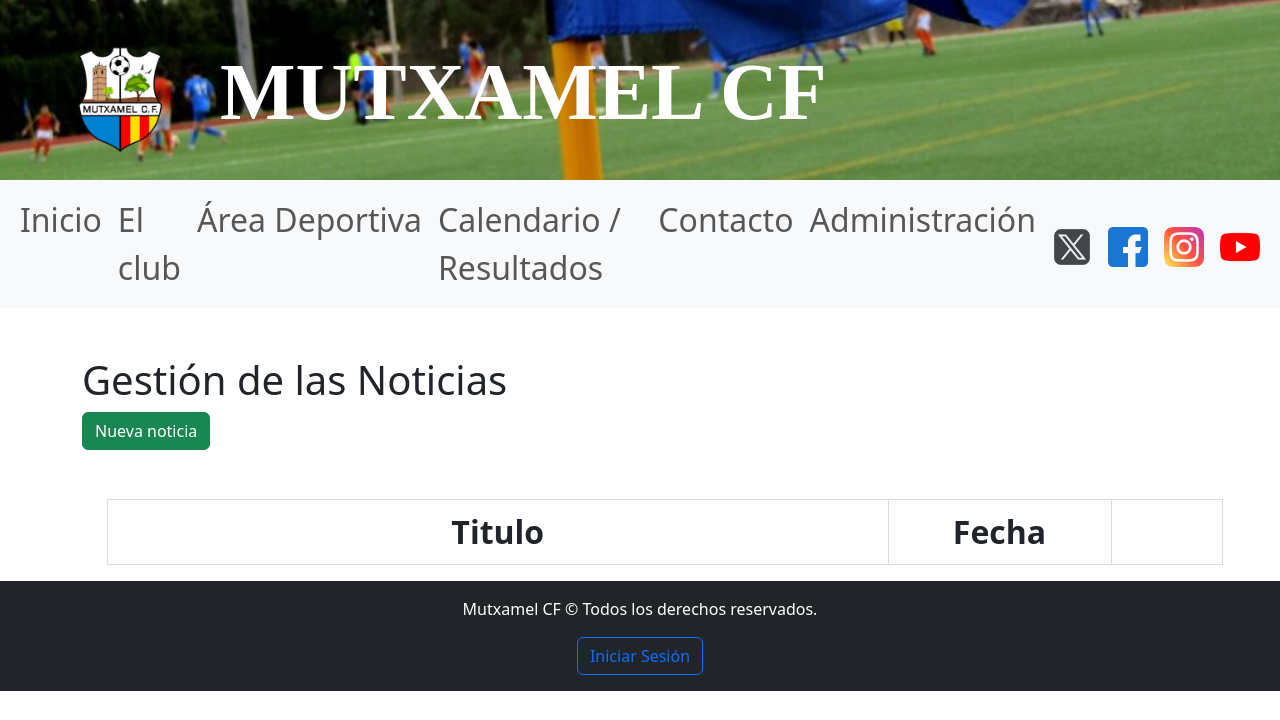
Repository: mikeluca/webMutxamelCF
Page: http://localhost/admin/noticias
The author's editor kept a copy of each file at every save. The page is drawn from the files as they stood at one save, then again after the next save.
The browser window is 1280 px wide. The pictures show the whole page.
Some web fonts or font styles are not loaded; a fallback is used. Some web libraries are served in a nearby version. The page is this project's Thymeleaf template; nobody is signed in. The template is opened directly, without the code that normally fills it, so the values that code supplies are empty.

Above is the page before, as saved 2024-10-29 15:09:17.

### mvc/src/main/resources/templates/admin/noticias.html
<!DOCTYPE html>
<html xmlns:th="http://www.thymeleaf.org">

<head>
	<title>Mutxamel Club de Fútbol</title>
	<link href="https://cdn.jsdelivr.net/npm/bootstrap@5.3.0/dist/css/bootstrap.min.css" rel="stylesheet">
	<link th:href="@{/css/estilos.css}" rel="stylesheet">
	<link rel="icon" href="/images/favicon.ico" type="image/x-icon">
	<link href="https://fonts.googleapis.com/css2?family=Fredericka+the+Great&display=swap" rel="stylesheet">
	<link rel="stylesheet" href="https://cdn.jsdelivr.net/npm/bootstrap-icons@1.4.1/font/bootstrap-icons.css">
</head>

<body>

	<!-- Incluir el header -->
	<div th:replace="~{cabecera.html}"></div>

	<div class="container mt-5 lead">
		<h1>Gestión de las Noticias</h1>

		<!-- Botón para nueva noticia -->
		<button class="btn btn-success mb-4" data-toggle="modal" data-target="#noticiaModal"
			onclick="limpiarFormulario()">Nueva noticia</button>

		<!-- Tabla de noticias -->
		<table class="table table-striped w-100">
			<thead>
				<tr>
					<th style="width: 70%;">Titulo</th> <!-- Ajusta el ancho de la columna -->
					<th style="width: 20%;">Fecha</th> <!-- Ajuste mínimo para la columna de categoría -->
					<th style="width: 10%;"></th> <!-- Ajuste mínimo para la columna de botones -->
				</tr>
			</thead>
			<tbody>
				<tr th:each="noticia : ${listaNoticias}">
					<td th:text="${noticia.titulo}"></td>
					<td th:text="${noticia.fecha}"></td>
					<td>
						<!-- Botón para borrar noticia -->
						<form th:action="@{'/admin/noticias/borrar/' + ${noticia.id}}" method="post"
							style="display:inline;">
							<button type="submit" class="btn btn-danger btn-sm"
								onclick="return confirm('¿Estás seguro de que deseas borrar esta noticia?');">
								<i class="bi bi-trash"></i> <!-- Ícono de eliminar -->
							</button>
						</form>
					</td>
				</tr>
			</tbody>
		</table>
	</div>

	<!-- Modal para crear/editar noticia -->
	<div class="modal fade lead" id="noticiaModal" tabindex="-1" role="dialog" aria-labelledby="noticiaModalLabel"
		aria-hidden="true">
		<div class="modal-dialog modal-lg" role="document">
			<div class="modal-content">
				<div class="modal-header">
					<h3 class="modal-title lead" id="noticiaModalLabel">Nueva Noticia</h3>
					<button type="button" class="close" data-dismiss="modal" aria-label="Close">
						<span aria-hidden="true">&times;</span>
					</button>
				</div>
				<form id="noticiaForm" enctype="multipart/form-data">
					<div class="modal-body">
						<!-- Campo para el título -->
						<div class="form-group">
							<label for="titulo">Titulo:</label>
							<input type="text" class="form-control" id="titulo" name="titulo" required>
						</div>
						<!-- Campo para el contenido con un cuadro de texto grande -->
						<div class="form-group">
							<label for="contenido">Contenido:</label>
							<textarea class="form-control" id="contenido" name="contenido" rows="10"
								required></textarea>
						</div>
						<!-- Campo para subir foto-->
						<div class="form-group">
							<label for="imagen">Imagen</label>
							<input type="file" class="form-control-file" id="imagen" name="imagen" accept="image/*">
						</div>
					</div>
					<div class="modal-footer">
						<button type="button" class="btn btn-secondary" data-dismiss="modal">Cerrar</button>
						<button type="submit" class="btn btn-primary" onclick="guardarNoticia()">Guardar
							Cambios</button>
					</div>
				</form>
			</div>
		</div>
	</div>

	<!-- Incluir el footer -->
	<div th:replace="~{footer.html}"></div>

	<script>
		function guardarNoticia() {
			// Obtén los datos del formulario
			const formData = new FormData(document.getElementById('noticiaForm'));

			// Enviar el formulario con AJAX
			fetch('/admin/noticias/guardar', {
				method: 'POST',
				body: formData
			}).catch(error => console.error('Error:', error));
		}

		function limpiarFormulario() {
			document.getElementById('titulo').value = '';
			document.getElementById('contenido').value = '';
			document.getElementById('imagen').value = '';
			document.getElementById('noticiaModalLabel').textContent = 'Nueva Noticia';
		}

	</script>
	<script src="https://code.jquery.com/jquery-3.6.0.min.js"></script>
	<script src="https://cdn.jsdelivr.net/npm/bootstrap@5.3.0/dist/js/bootstrap.bundle.min.js"></script>
	<script src="https://cdn.jsdelivr.net/npm/@popperjs/core@2.5.2/dist/umd/popper.min.js"></script>
	<script src="https://stackpath.bootstrapcdn.com/bootstrap/4.5.2/js/bootstrap.min.js"></script>
</body>

</html>

### mvc/src/main/resources/templates/cabecera.html
<div>
	<header class="text-white text-center header">
		<div class="logo-titulo">
			<!-- Imagen del escudo -->
			<a href="/index"><img src="/images/escudo.png" href="/index" alt="Escudo del Club" width="200px"
					style="margin: 20px 0px;"></a>
			<!-- Nombre del club -->
			<h1 class="lead fw-bold grafiti-title" style="font-size: 80px;">MUTXAMEL CF</h1>
		</div>
	</header>

	<nav class="navbar navbar-expand-lg navbar-light bg-light" style="background-color: rgb(213, 243, 253);">
		<div class="container-fluid lead">
			<!-- Botón de hamburguesa solo visible en pantallas pequeñas -->
			<button class="navbar-toggler" type="button" data-bs-toggle="collapse" data-bs-target="#navbarNav">
				<span class="navbar-toggler-icon"></span>
			</button>
			<!-- Menú de navegación -->
			<div class="collapse navbar-collapse" id="navbarNav">
				<ul class="navbar-nav me-auto">
					<li class="nav-item">
						<a class="nav-link" href="/index">Inicio</a>
					</li>
					<li class="nav-item">
						<a class="nav-link" href="/historia">El club</a>
					</li>
					<li class="nav-item dropdown">
						<a class="nav-link dropdown-toggle" href="#" id="navbarDropdown" role="button"
							data-bs-toggle="dropdown">
							Área Deportiva
						</a>

						<ul class="dropdown-menu lead">
							<li th:each="equipo : ${listaEquipos}">
								<a class="dropdown-item" th:href="@{/categorias/{equipo}(equipo=${equipo.nombre})}"
									th:text="${equipo.nombre}"></a>
							</li>
						</ul>

						<!--						<ul class="dropdown-menu lead">-->
						<!--							<li><a class="dropdown-item"-->
						<!--									th:href="@{/categorias/{categoria}(categoria='Escuelita')}">Escuelita</a></li>-->
						<!--							<li><a class="dropdown-item"-->
						<!--									th:href="@{/categorias/{categoria}(categoria='Prebenjamín')}">Prebenjamín</a></li>-->
						<!--							<li><a class="dropdown-item"-->
						<!--									th:href="@{/categorias/{categoria}(categoria='Benjamín')}">Benjamín</a></li>-->
						<!--							<li><a class="dropdown-item"-->
						<!--									th:href="@{/categorias/{categoria}(categoria='Alevín')}">Alevín</a>-->
						<!--							</li>-->
						<!--							<li><a class="dropdown-item"-->
						<!--									th:href="@{/categorias/{categoria}(categoria='Infantil Femenino')}">Infantil-->
						<!--									Femenino</a></li>-->
						<!--							<li><a class="dropdown-item"-->
						<!--									th:href="@{/categorias/{categoria}(categoria='Infantil')}">Infantil</a></li>-->
						<!--							<li><a class="dropdown-item"-->
						<!--									th:href="@{/categorias/{categoria}(categoria='Cadete Femenino')}">Cadete-->
						<!--									Femenino</a>-->
						<!--							</li>-->
						<!--							<li><a class="dropdown-item"-->
						<!--									th:href="@{/categorias/{categoria}(categoria='Cadete')}">Cadete</a>-->
						<!--							</li>-->
						<!--							<li><a class="dropdown-item"-->
						<!--									th:href="@{/categorias/{categoria}(categoria='Juvenil')}">Juvenil</a></li>-->
						<!--							<li><a class="dropdown-item"-->
						<!--									th:href="@{/categorias/{categoria}(categoria='Filial')}">Filial</a>-->
						<!--							</li>-->
						<!--							<li><a class="dropdown-item"-->
						<!--									th:href="@{/categorias/{categoria}(categoria='Primer Equipo')}">Primer Equipo</a>-->
						<!--							</li>-->
						<!--							<li><a class="dropdown-item"-->
						<!--									th:href="@{/categorias/{categoria}(categoria='Veteranos')}">Veteranos</a></li>-->
						<!--						</ul>-->
					</li>
					<li class="nav-item">
						<a class="nav-link" href="/resultados">Calendario / Resultados</a>
					</li>
					<li class="nav-item">
						<a class="nav-link" href="/contacto">Contacto</a>
					</li>
					<!-- Menú Administración -- La opción requiere autenticación -->
					<li class="nav-item dropdown">
						<a class="nav-link dropdown-toggle" href="#" id="navbarDropdown" role="button"
							data-bs-toggle="dropdown">
							Administración
						</a>
						<ul class="dropdown-menu lead">
							<li><a class="dropdown-item" href="/admin/equipos">Equipos</a></li>
							<li><a class="dropdown-item" href="/admin/jugadores">Jugadores</a></li>
							<li><a class="dropdown-item" href="/admin/cuerpo-tecnico">Cuerpo Técnico</a></li>
							<li><a class="dropdown-item" href="/admin/calendario-resultados">Calendario/Resultados</a>
							</li>
							<li><a class="dropdown-item" href="/admin/noticias">Noticias</a></li>
						</ul>
					</li>
					<!--			<li class="nav-item" id="menu-restringido" style="display: none;">-->
					<!--				<a class="nav-link" href="#">Administración</a>-->
					<!--			</li>-->
				</ul>
			</div>
			<!-- Redes Sociales siempre pegadas a la derecha -->
			<div class="social-icons d-flex ms-auto">
				<a href="https://x.com/mutxamelcf" target="_blank" class="mx-2">
					<img src="/images/twitter.png" alt="Twitter" width="40" height="40">
				</a>
				<a href="https://facebook.com/MutxamelCF17" target="_blank" class="mx-2">
					<img src="/images/facebook.png" alt="Facebook" width="40" height="40">
				</a>
				<a href="https://instagram.com/mutxamelcf.oficial/" target="_blank" class="mx-2">
					<img src="/images/instagram.png" alt="Instagram" width="40" height="40">
				</a>
				<a href="https://youtube.com/@mutxamelcf355" target="_blank" class="mx-2">
					<img src="/images/youtube.png" alt="YouTube" width="40" height="40">
				</a>
			</div>
		</div>
	</nav>

	<!-- Modal -->
	<div class="modal fade" id="messageModal" tabindex="-1" role="dialog" aria-labelledby="modalLabel"
		aria-hidden="true">
		<div class="modal-dialog" role="document">
			<div class="modal-content">
				<div class="modal-header">
					<h5 class="modal-title" id="modalLabel">Mensaje</h5>
					<button type="button" class="close" data-dismiss="modal" aria-label="Close">
						<span aria-hidden="true">&times;</span>
					</button>
				</div>
				<div class="modal-body">
					<p th:text="${message}"></p>
				</div>
				<div class="modal-footer">
					<button type="button" class="btn btn-secondary" data-dismiss="modal">Cerrar</button>
				</div>
			</div>
		</div>
	</div>

</div>

### mvc/src/main/resources/templates/footer.html
<footer class="bg-dark text-white text-center py-3">
	<p>Mutxamel CF © Todos los derechos reservados.</p>

	<button class="btn btn-outline-primary ms-auto" data-bs-toggle="modal" data-bs-target="#loginModal">
		Iniciar Sesión
	</button>

	<!-- JS de Bootstrap y Popper.js -->
	<!--	<script src="https://cdn.jsdelivr.net/npm/@popperjs/core@2.11.6/dist/umd/popper.min.js"></script>-->
	<!--	<script src="https://cdn.jsdelivr.net/npm/bootstrap@5.3.0-alpha1/dist/js/bootstrap.min.js"></script>-->
	<!--	<script>-->
	<!--		document.addEventListener("DOMContentLoaded", function () {-->

	<!--			document.getElementById('loginButton').addEventListener('click', function () {-->
	<!--				event.preventDefault(); // Evita que el formulario se envíe normalmente-->

	<!--				// Captura los valores de usuario y contraseña-->
	<!--				const usuario = document.getElementById('usuario').value;-->
	<!--				const password = document.getElementById('password').value;-->

	<!--				// Hacemos una petición AJAX al backend para validar el login-->
	<!--				fetch('/login', {-->
	<!--					method: 'POST',-->
	<!--					headers: {-->
	<!--						'Content-Type': 'application/json',-->
	<!--					},-->
	<!--					body: JSON.stringify({username: usuario, password: password}),-->
	<!--				})-->
	<!--					.then(response => response.json())-->
	<!--					.then(data => {-->
	<!--						if (data.valid) {-->
	<!--							// Si el login es exitoso, cerramos el modal y mostramos la opción restringida-->
	<!--							const modal = bootstrap.Modal.getInstance(document.getElementById('loginModal'));-->
	<!--							modal.hide();-->

	<!--							if (data.role === 'ROLE_ADMIN') {-->
	<!--								// Muestra una opción específica si el usuario tiene el rol de admin-->
	<!--								document.getElementById('menu-restringido').style.display = 'block';-->
	<!--							}-->
	<!--						} else {-->
	<!--							// Mostrar un mensaje de error si el login falla-->
	<!--							document.getElementById('loginError').style.display = 'block';-->
	<!--						}-->
	<!--					})-->
	<!--					.catch(error => {-->
	<!--						console.error('Error al validar el login:', error);-->
	<!--					});-->
	<!--			});-->
	<!--		});-->
	<!--	</script>-->

</footer>

### mvc/src/main/resources/static/css/estilos.css
html,
body {
	height: 100%;
	/* Aseguramos que la página ocupe todo el alto del viewport */
	margin: 0;
}

/* Usar flexbox para que el contenido principal llene el espacio disponible */
body {
	display: flex;
	flex-direction: column;
	/* Coloca los elementos en columnas */
}

/* El contenido principal debe crecer para ocupar el espacio libre */
main {
	flex: 1;
	/* Hace que el main crezca y ocupe todo el espacio disponible */
}

/* Aumentar el tamaño de la clase .lead */
.lead {
	font-size: 2.0rem;
	/* Puedes ajustar este valor como desees */
}

.grafiti-title {
	font-family: 'Fredericka the Great', cursive;
	/* Aplicar la fuente */
	font-size: 3rem;
	/* Tamaño de fuente */
	color: white;
	/* Color del texto */
	text-align: center;
	/* Alinear el texto */
}

header {
	background-image: url('/images/fondo.png');
	/* Ruta de la imagen */
	background-size: cover;
	/* Ajusta la imagen para cubrir todo el encabezado */
	background-position: bottom;
	/* Centra la imagen */
	background-repeat: no-repeat;
	/* Evita que la imagen se repita */
	height: 180px;
	/* Altura del encabezado, ajusta según tu diseño */
	color: white;
	justify-content: center;
	align-items: center;
	padding: 20px;
}

/* Ocultar el icono del menú desplegable */
.dropdown-toggle::after {
	display: none;
	/* Quita la flecha que aparece por defecto */
}

/* Cambiar el color de fondo de las opciones de la barra de navegación al pasar el ratón */
.navbar-nav .nav-link:hover {
	background-color: rgba(173, 216, 230, 0.5);
	/* Cambia este color al que prefieras */
	color: #000;
	/* Cambia el color del texto si es necesario */
}

/* Cambiar el color de fondo del elemento activo */
.navbar-nav .nav-link.active {
	background-color: rgba(173, 216, 230, 0.7);
	/* Color de fondo para el elemento activo */
	color: #000;
	/* Cambia el color del texto si es necesario */
}

.dropdown-submenu {
	position: relative;
}

.dropdown-submenu .dropdown-menu {
	left: 100%;
	top: 0;
	margin-left: 0;
	margin-top: 0;
	display: none;
	/* Ocultamos el submenú inicialmente */
}

.dropdown-submenu:hover .dropdown-menu,
.dropdown-submenu:focus-within .dropdown-menu {
	display: block;
	/* Mostramos el submenú cuando se pasa el ratón o se enfoca */
}

.logo-titulo {
	display: flex;
	align-items: center;
}

.logo-titulo img {
	margin-right: 15px;
	/* Espacio entre el logo y el texto */
}

.social-icons {
	align-content: end;
}

.social-icons img {
	transition: transform 0.3s;
}

.social-icons img:hover {
	transform: scale(1.5);
	/* Aumenta el tamaño de los íconos al pasar el mouse */
}

/* Contenedor de las noticias con CSS Grid */
.noticias-grid {
	display: grid;
	grid-template-columns: repeat(auto-fit, minmax(350px, 1fr));
	/* Las tarjetas se ajustan automáticamente */
	gap: 15px;
	/* Espacio entre las tarjetas */
}

.noticia-img {
	height: 350px;
	/* Ajusta la altura deseada */
	object-fit: cover;
	/* Ajusta la imagen para que se recorte de forma adecuada */
	width: 100%;
	/* Asegura que la imagen ocupe todo el ancho del contenedor */
}

/* Contenedor de las plantillas con CSS Grid */
.personas-grid {
	display: grid;
	grid-template-columns: repeat(auto-fit, minmax(300px, 1fr));
	/* Las tarjetas se ajustan automáticamente */
	gap: 15px;
	/* Espacio entre las tarjetas */
}

.persona-img {
	height: 150px;
	/* Ajusta la altura deseada */
	object-fit: contain;
	/* Ajusta la imagen para que se recorte de forma adecuada */
	width: 100%;
	/* Asegura que la imagen ocupe todo el ancho del contenedor */
	padding: 10px;
	border-radius: 10%;
}

table {
	width: 90%;
	border-collapse: collapse;
	margin: 25px;
}

table,
th,
td {
	border: 1px solid #ddd;
}

th,
td {
	padding: 10px;
	text-align: center;
}

th {
	background-color: #f2f2f2;
}

tbody tr:nth-child(even) {
	background-color: #f9f9f9;
}

tbody tr:hover {
	background-color: #f1f1f1;
}

After the next save:
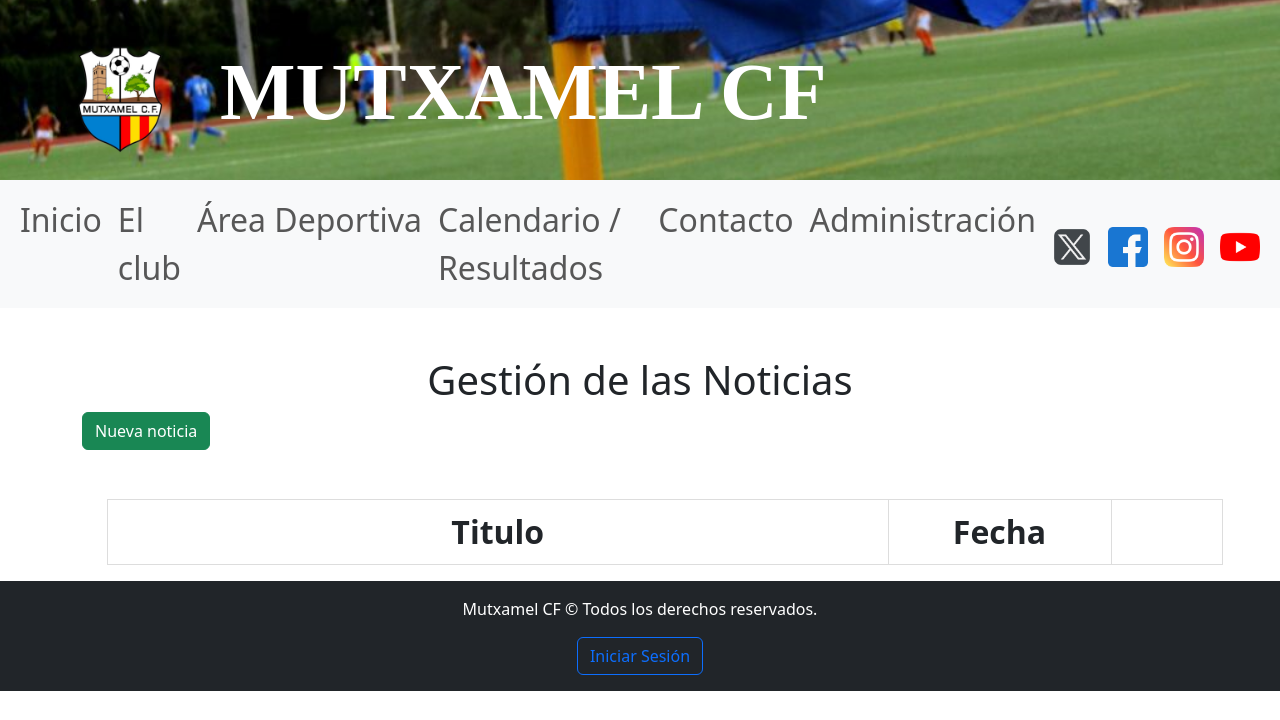
Saved 30 s later.
--- a/mvc/src/main/resources/templates/admin/noticias.html
+++ b/mvc/src/main/resources/templates/admin/noticias.html
@@ -16,7 +16,7 @@
 	<div th:replace="~{cabecera.html}"></div>
 
 	<div class="container mt-5 lead">
-		<h1>Gestión de las Noticias</h1>
+		<h1 class="text-center">Gestión de las Noticias</h1>
 
 		<!-- Botón para nueva noticia -->
 		<button class="btn btn-success mb-4" data-toggle="modal" data-target="#noticiaModal"
